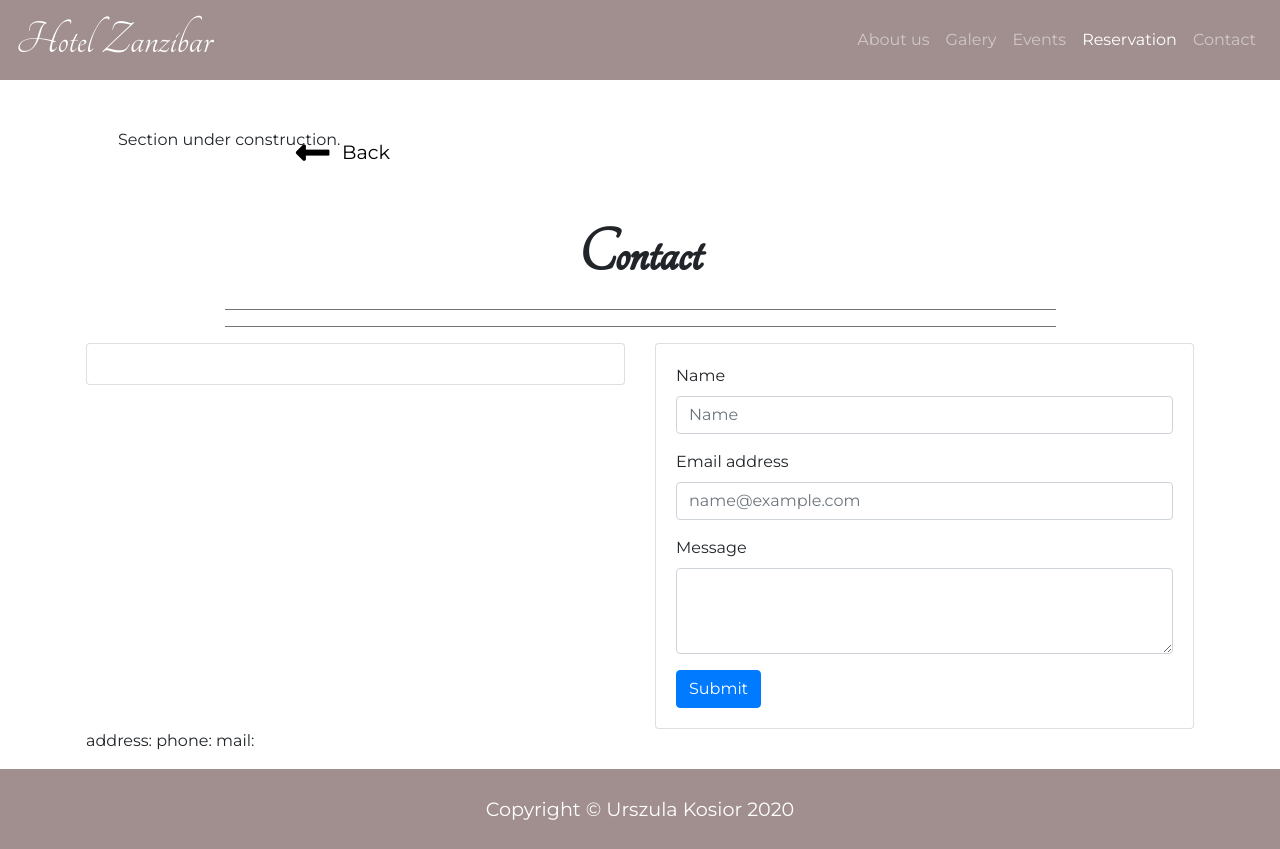
Repository: Ulaa93/Hotel-Zanzibar
Page: reservation.html
The author's editor kept a copy of each file at every save. The page is drawn from the files as they stood at one save, then again after a run of saves.
The browser window is 1280 px wide. The pictures show the whole page.

Above is the page before, as saved 2020-01-28 15:51:29.

### reservation.html
<!DOCTYPE html>
<html lang="en">
  <head>
    <meta charset="UTF-8" />
    <meta name="viewport" content="width=device-width, initial-scale=1.0" />
    <meta http-equiv="X-UA-Compatible" content="ie=edge" />
    <title>Hotel Zanzibar</title>
    <link rel="icon" href="./ikona.ico" />

    <link
      href="https://fonts.googleapis.com/css?family=Montserrat|Tangerine&display=swap"
      rel="stylesheet"
    />
    <link href="./fontawesome-free-5.12.0-web/css/all.css" rel="stylesheet"> <!--load all styles -->

    <link
      rel="stylesheet"
      href="https://stackpath.bootstrapcdn.com/bootstrap/4.4.1/css/bootstrap.min.css"
      integrity="sha384-Vkoo8x4CGsO3+Hhxv8T/Q5PaXtkKtu6ug5TOeNV6gBiFeWPGFN9MuhOf23Q9Ifjh"
      crossorigin="anonymous"
    />
    <link rel="stylesheet" href="style.css" />
    <script src="https://unpkg.com/scrollreveal"></script>

  </head>
  <body>
    <nav class="navbar sticky-top navbar-expand-lg navbar-dark">
      <a class="navbar-brand hotel-zanzibar" href="./index.html">Hotel Zanzibar</a>
      <button
        class="navbar-toggler"
        type="button"
        data-toggle="collapse"
        data-target="#navbarNavDropdown"
        aria-controls="navbarNavDropdown"
        aria-expanded="false"
        aria-label="Toggle navigation"
      >
        <span class="navbar-toggler-icon"></span>
      </button>
      <div
        class="collapse navbar-collapse w-100 order-3 dual-collapse2"
        id="navbarNavDropdown"
      >
        <ul class="navbar-nav ml-auto">
          <li class="nav-item ">
            <a class="nav-link" href="./about-us.html">About us </a>
          </li>
          <li class="nav-item">
            <a class="nav-link" href="./galery.html">Galery</a>
          </li>
          <li class="nav-item">
            <a class="nav-link" href="./events.html">Events</a>
          </li>
          <li class="nav-item active">
            <a class="nav-link" href="./reservation.html">Reservation</a>
          </li>
          <li class="nav-item">
            <a class="nav-link" href="./contact.html">Contact</a>
          </li>
        </ul>
      </div>
    </nav>


<div class="back">
  <a href="./index.html"><i class="fas fa-long-arrow-alt-left"></i> Back</a>
 </div>
    <section class="galery container p-5">
      Section under construction.
    </section>
    <section class="container p-3">
      <h2>Contact</h2>
      <hr />
      <hr />

      <div class="row">
        <div class="col-sm-6">
          <div class="card">
            <div class="card-body" id="map"></div>
          </div>
        </div>
        <div class="col-sm-6">
          <div class="card">
            <div class="card-body">
              <form>
                <div class="form-group">
                  <label for="nameInput">Name</label>
                  <input
                    type="text"
                    class="form-control"
                    id="nameInput"
                    placeholder="Name"
                  />
                </div>
                <div class="form-group">
                  <label for="emailInput">Email address</label>
                  <input
                    type="email"
                    class="form-control"
                    id="emailInput"
                    placeholder="name@example.com"
                  />
                </div>

                <div class="form-group">
                  <label for="messageInput">Message</label>
                  <textarea
                    class="form-control"
                    id="messageInput"
                    rows="3"
                  ></textarea>
                </div>
                <button type="submit" class="btn btn-primary">Submit</button>
              </form>
            </div>
          </div>
        </div>
      </div>
      <div>
        address:
        phone:
        mail:
      </div>
    </section>
    <footer>
      <div>Copyright &copy; Urszula Kosior 2020</div>
    </footer>

    <script
      src="https://code.jquery.com/jquery-3.4.1.slim.min.js"
      integrity="sha384-J6qa4849blE2+poT4WnyKhv5vZF5SrPo0iEjwBvKU7imGFAV0wwj1yYfoRSJoZ+n"
      crossorigin="anonymous"
    ></script>
    <script
      src="https://cdn.jsdelivr.net/npm/popper.js@1.16.0/dist/umd/popper.min.js"
      integrity="sha384-Q6E9RHvbIyZFJoft+2mJbHaEWldlvI9IOYy5n3zV9zzTtmI3UksdQRVvoxMfooAo"
      crossorigin="anonymous"
    ></script>
    <script
      src="https://stackpath.bootstrapcdn.com/bootstrap/4.4.1/js/bootstrap.min.js"
      integrity="sha384-wfSDF2E50Y2D1uUdj0O3uMBJnjuUD4Ih7YwaYd1iqfktj0Uod8GCExl3Og8ifwB6"
      crossorigin="anonymous"
    ></script>
    <script src="./script.js"></script>

  </body>
</html>

### style.css
* {
  padding: 0;
  margin: 0;
  font-family: 'Montserrat', sans-serif;
}

.navbar {
  height: 80px;
  background-color: rgba(124, 98, 98, 0.712);
}
/* .navbar a{
    color:black;
} */
.hotel-zanzibar {
  font-size: 3em;
  font-family: 'Tangerine', cursive;
}

.hotel-main {
  background-image: url(./img/rooms/hotel-room-1447201_1920.jpg);
  width: 100%;
  height: 80vh;
  background-size: cover;
  background-position: center;
  display: flex;
  flex-direction: column;
  /* justify-content: center; */
  /* align-items: flex-start; */
  padding: 200px 0;
  /* color: white; */
  /* line-height: 400%; */
  margin-bottom: 48px;
}

.welcome {
  background-color: rgba(255, 255, 255, 0.555);
  padding: 3em;
  text-align: center;
}
.welcome span {
  font-size: 3em;
  font-family: 'Tangerine', cursive;
}
.welcome h1 {
  font-size: 5em;
  font-family: 'Tangerine', cursive;
  font-weight: 600;
}

h2 {
  text-align: center;
  font-size: 4em;
  font-weight: 600;
  font-family: 'Tangerine', cursive;
}
section p {
  font-size: 1.2em;
  line-height: 2em;
}

section p::first-letter {
  font-size:4em;
  font-weight: 600;
  font-family: 'Tangerine', cursive;
}

hr {
margin:16px auto;
 width: 75%;
 background-color:gray;

}
/* .galery .carousel-inner {
  /* background-size: contain; */
  /* height: 55vh; */
  /* min-height: 400px; */
  /* overflow: hidden; */
  /* background-position: center; */


  .back i{
    font-size: 2em;
    margin: 0 0.2em;
    vertical-align: middle;

}
.back{
    font-size: 1.2em;
    vertical-align: middle;
position: absolute;
top:7em;
left:15em;
}
.back a{
    color: black;
    text-decoration: none;
}

footer{
 text-align: center;
 color: white;
  background-color: rgba(124, 98, 98, 0.712);
height: 80px;
line-height: 80px;
font-size: 1.2em;;
}


.contact .row{
  align-items: center;
}
.contact i{
  margin-right: 1em;
  animation: shake 1s;
  animation-iteration-count: infinite;
}


.contact-info{
  height: 340px;
  display: flex;
  flex-direction: column;
  justify-items: center;
  align-items: center;
}
.contact-info div{
  transition: 0.5s;

}
.contact-info div:hover{
transform: scale(1.1);
}

@keyframes shake {
  0% { transform:  scale(1); }
  50% { transform:  scale(1.5); }
  100% { transform:  scale(1); }
}

### script.js

const nodeArray = [
    document.querySelector('.hotel-main'),
    document.querySelector('.hotel-about'),
    document.querySelector('.galery'),
    document.querySelector('.contact')
];

ScrollReveal().reveal(nodeArray, {
  delay: 275,
  duration: 1000,
  rotate: { x: 10, y: 50, z: 0 },
  reset: true
});

Loaded but not shown: fontawesome-free-5.12.0-web/css/all.css (library)

After the next 4 saves:
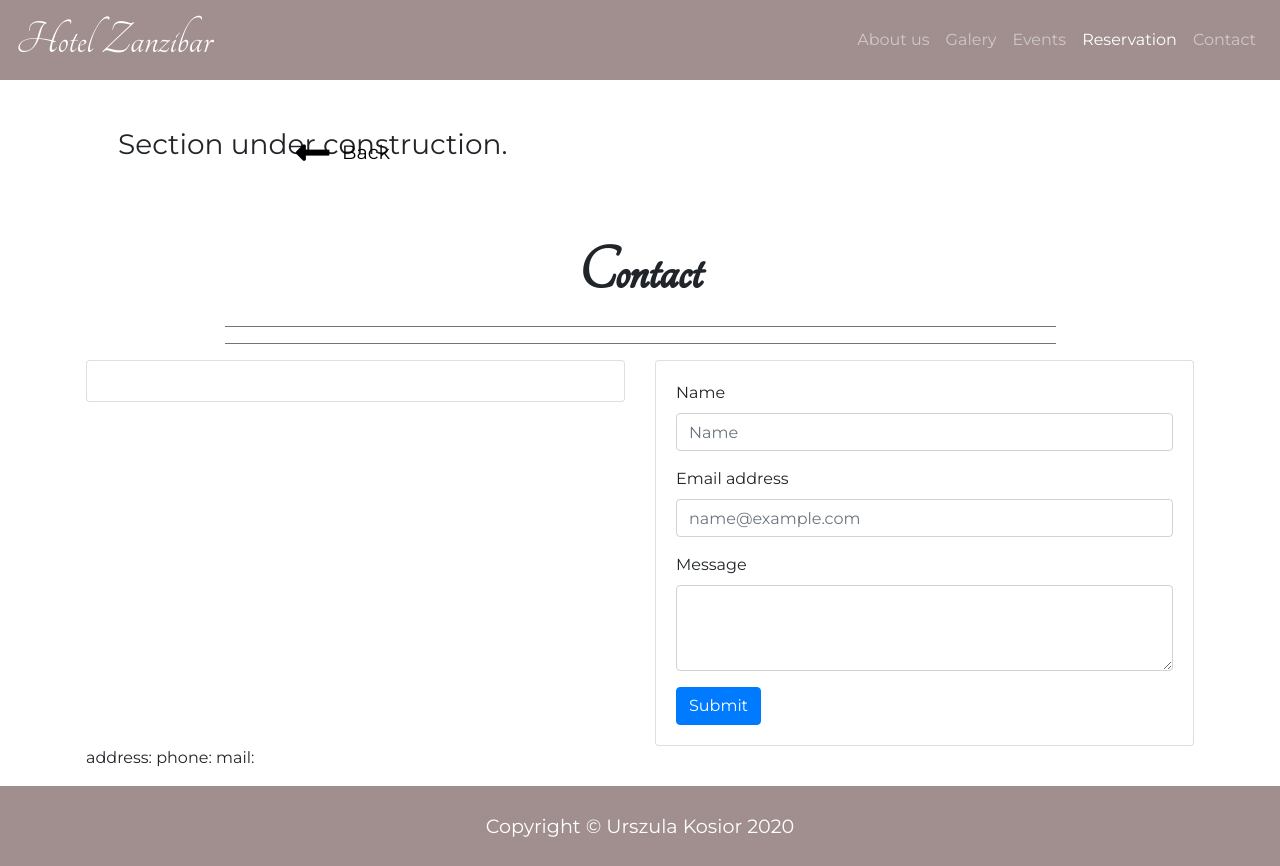
The 4 saves are shown as one change because they came seconds apart.
The last was saved 14 s later.
--- a/reservation.html
+++ b/reservation.html
@@ -66,7 +66,7 @@
   <a href="./index.html"><i class="fas fa-long-arrow-alt-left"></i> Back</a>
  </div>
     <section class="galery container p-5">
-      Section under construction.
+      <h3>Section under construction.</h3>
     </section>
     <section class="container p-3">
       <h2>Contact</h2>
